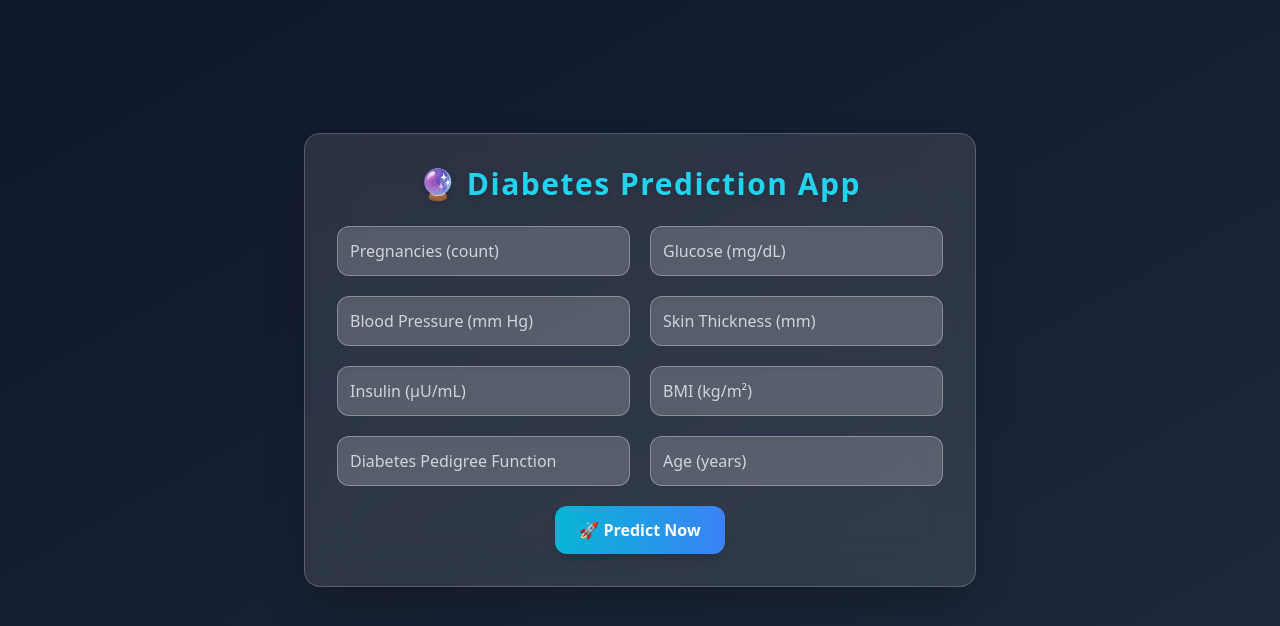
Repository: wahibkhannn/pima-diabetes-app
Page: / (app in frontend/)
An editor plug-in stored every save of this project. The page is shown before and after the next save, followed by the edit.
The browser window is 1280 px wide. The pictures show the whole page.
The project was rebuilt for these pictures with package versions that can differ from the ones it lists, and the page was loaded fresh each time.

Above is the page before, as saved 2025-06-30 20:31:40.

After the next save:
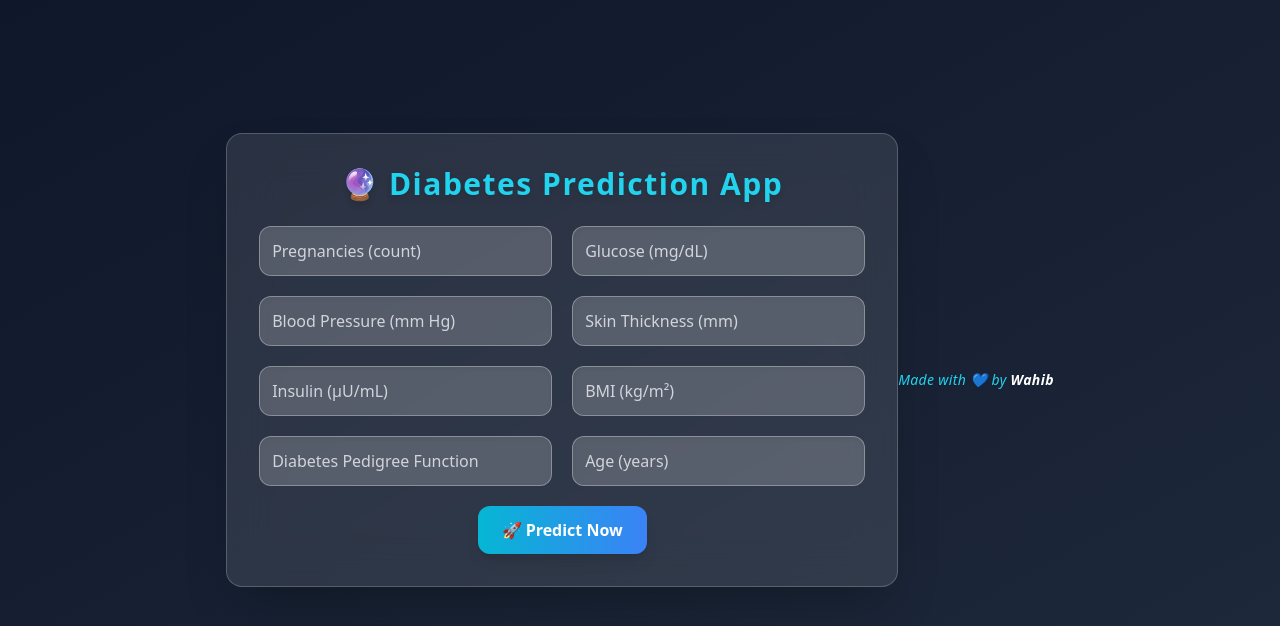
Saved 6 s later.
--- a/frontend/src/DiabetesPredictor.js
+++ b/frontend/src/DiabetesPredictor.js
@@ -149,6 +149,9 @@ const DiabetesPredictor = () => {
       </div>
      <div>
       </div>
+      <p className="mt-10 text-center text-sm text-cyan-400 tracking-wide italic drop-shadow-sm">
+  Made with 💙 by <span className="font-semibold text-white">Wahib</span>
+</p>
 
     </div>
   );
